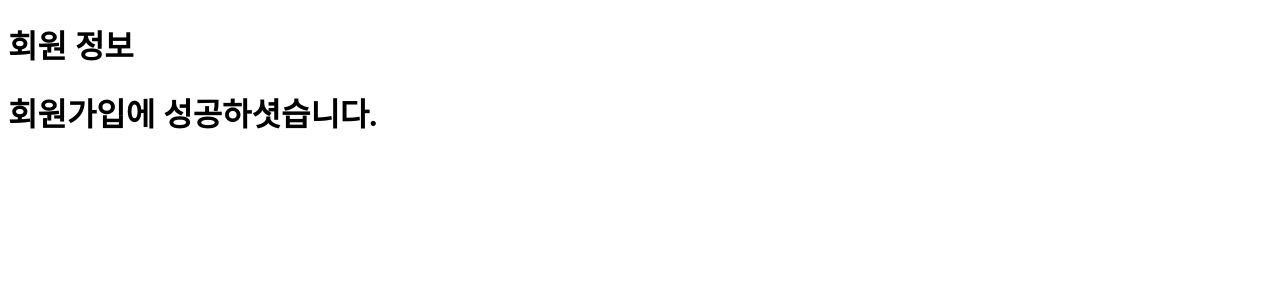
Repository: jjb5442/JSP
Page: http://localhost/06_Java_Bean_tutorial/Register_Result.jsp
These files come from the project's save history. The page is drawn as it stood at one moment and after the next save; the edit follows.
The browser window is 1280 px wide. The pictures show the whole page.
The page is served by Tomcat 9. Queries for data that is not in the repository find no rows.

Above is the page before, as saved 2022-05-28 02:27:41.

### 8Day/workspace/06_Java_Bean_tutorial/src/main/webapp/Register_Result.jsp
<%@ page language="java" contentType="text/html; charset=UTF-8"
    pageEncoding="UTF-8"%>
<jsp:useBean id="dao" class="Member.DAO" scope="page"></jsp:useBean>
<jsp:useBean id="member" class="Member.DTO" scope="page"></jsp:useBean>
<jsp:setProperty property="*" name="member"/>
<!-- input tab 의 name을 DTO의 맴버변수명과 일치시킨뒤 *를 할경우 자동으로 데이터가 저장된다. -->
<!DOCTYPE html>
<html>
<head>
<meta charset="UTF-8">
<title>Insert title here</title>
</head>
<body>
	<h1>회원 정보</h1>
	<% if(dao.SearchID(member.getId()) == true){ %>
			<h1>이미 존재하는 아이디입니다.</h1>
	<% }else{
			dao.Insert(member);
	%>
			<h1>회원가입에 성공하셧습니다.</h1>
	<% } %>

</body>
</html>

### 8Day/workspace/06_Java_Bean_tutorial/src/main/java/Member/DAO.java
package Member;

import java.sql.Connection;
import java.sql.DriverManager;
import java.sql.PreparedStatement;
import java.sql.ResultSet;
import java.sql.SQLException;

public class DAO {
	private final String TABLE_NAME = "java_bean_member";
	private final String COL_NO = "no";
	private final String COL_NAME = "name";
	private final String COL_ID = "id";
	private final String COL_PASSWORD = "password";
	private final String COL_BIRTHDAY = "birthday";
	private final String COL_ADDRESS = "address";
	private final String COL_EMAIL = "email";

	private final String CREATE_TABLE = "create table " + TABLE_NAME + "(" +
										COL_NO + 		" number primary key, " +
										COL_NAME + 		" varchar2(30) not null, " +
										COL_ID + 		" varchar2(30) unique, " +
										COL_PASSWORD + 	" varchar2(30) not null, " +
										COL_BIRTHDAY + 	" date not null, " +
										COL_ADDRESS + 	" varchar2(30) not null, " +
										COL_EMAIL + 	" varchar2(30) not null)";
	private final String SEQUENCE_NAME = TABLE_NAME + "_seq";
	private final String CREATE_SEQUENCE = "create sequence " + SEQUENCE_NAME;
	private final String USE_SEQUENCE = SEQUENCE_NAME + ".nextval";

	private Connection con = null;
	private final String URL = "jdbc:oracle:thin:@localhost:1521:xe";
	private final String USER = "c##jsp05";
	private final String PASSWORD = "jsp";

	public DAO() throws ClassNotFoundException,SQLException {
		Class.forName("oracle.jdbc.driver.OracleDriver");
		con = DriverManager.getConnection(URL,USER,PASSWORD);
		CreateTable();
		CreateSequence();
	}

	private void CreateTable() throws SQLException {
		if(CheckTable() == true)
			return;
		PreparedStatement ps = null;
		ps = con.prepareStatement(CREATE_TABLE);
		int result = ps.executeUpdate();
		System.out.println("Create Table : " + TABLE_NAME);
		if(ps != null)ps.close();
	}

	private boolean CheckTable() throws SQLException {
		PreparedStatement ps = null;
		ResultSet rs = null;
		ps = con.prepareStatement("select tname from tab");
		rs = ps.executeQuery();
		boolean Check = false;
		while(rs.next()) {
			if(rs.getString("tname").equals(TABLE_NAME.toUpperCase())) {
				System.out.println("Find Table : " + TABLE_NAME);
				Check = true;
				break;
			}
		}
		if(rs != null)rs.close();
		if(ps != null)ps.close();
		return Check;
	}

	private void CreateSequence() throws SQLException{
		if(CheckSequence() == true)
			return;
		PreparedStatement ps = null;
		ps = con.prepareStatement(CREATE_SEQUENCE);
		int result = ps.executeUpdate();
		System.out.println("Create Sequence : " + SEQUENCE_NAME);
		if(ps != null)ps.close();
	}

	private boolean CheckSequence() throws SQLException {
		PreparedStatement ps = null;
		ResultSet rs = null;
		ps = con.prepareStatement("select sequence_name from user_sequences");
		rs = ps.executeQuery();
		boolean Check = false;
		while(rs.next()) {
			if(rs.getString("sequence_name").equals(SEQUENCE_NAME.toUpperCase())) {
				Check = true;
				System.out.println("Find Sequence : " + SEQUENCE_NAME);
				break;
			}
		}
		if(rs != null)rs.close();
		if(ps != null)ps.close();
		return Check;
	}
	public boolean SearchID(String ID) throws SQLException {
		PreparedStatement ps = null;
		ResultSet rs = null;
		ps = con.prepareStatement("select id from " + TABLE_NAME + " where id = ?");
		ps.setString(1, ID);
		rs = ps.executeQuery();
		boolean Check = false;
		if(rs.next())
			Check = true;
		if(rs != null)rs.close();
		if(ps != null)ps.close();
		return Check;
	}

	public void Insert(Member.DTO member) throws SQLException {
		PreparedStatement ps = null;
		ps = con.prepareStatement("insert into " + TABLE_NAME + " values(" +
									USE_SEQUENCE + ",?,?,?,?,?,?)");
		ps.setString(1,member.getName());
		ps.setString(2,member.getId());
		ps.setString(3,member.getPassword());
		ps.setString(4,member.getBirthday());
		ps.setString(5,member.getAddress());
		ps.setString(6,member.getEmail());
		int result = ps.executeUpdate();
		System.out.println("Create Member ID : " + member.getId());
		if(ps != null)ps.close();
	}
}

### 8Day/workspace/06_Java_Bean_tutorial/src/main/java/Member/DTO.java
package Member;

import java.sql.Date;
public class DTO {
	private int 	no;
	private String 	id;
	private String 	password;
	private String 	name;
	private String 	birthday;
	private String 	address;
	private String 	email;

	public DTO() {
		// TODO Auto-generated constructor stub
	}

	public DTO(int no, String id, String password, String name,
			String birthday, String address, String email) {
		super();
		this.no = no;
		this.id = id;
		this.password = password;
		this.name = name;
		this.birthday = birthday;
		this.address = address;
		this.email = email;
	}

	public int getNo() {
		return no;
	}

	public void setNo(int no) {
		this.no = no;
	}

	public String getId() {
		return id;
	}

	public void setId(String id) {
		this.id = id;
	}

	public String getPassword() {
		return password;
	}

	public void setPassword(String password) {
		this.password = password;
	}

	public String getName() {
		return name;
	}

	public void setName(String name) {
		this.name = name;
	}

	public String getBirthday() {
		return birthday;
	}

	public void setBirthday(String birthday) {
		this.birthday = birthday;
	}

	public String getAddress() {
		return address;
	}

	public void setAddress(String address) {
		this.address = address;
	}

	public String getEmail() {
		return email;
	}

	public void setEmail(String email) {
		this.email = email;
	}





}

After the next save:
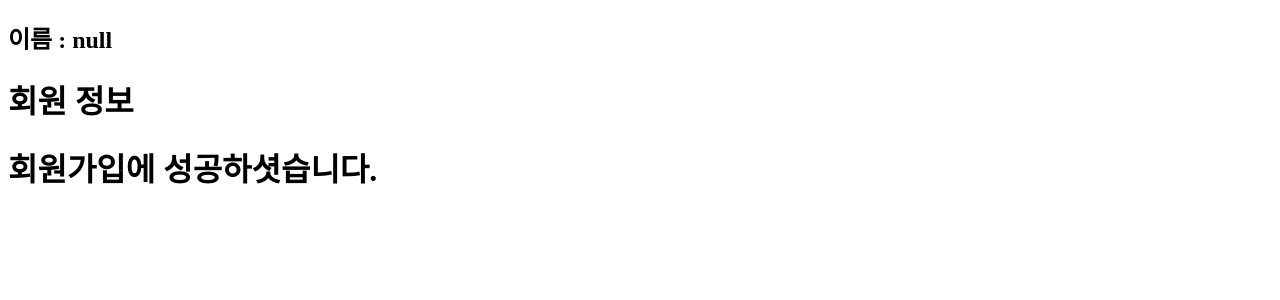
Saved 2 min 59 s later.
--- a/8Day/workspace/06_Java_Bean_tutorial/src/main/webapp/Register_Result.jsp
+++ b/8Day/workspace/06_Java_Bean_tutorial/src/main/webapp/Register_Result.jsp
@@ -11,6 +11,7 @@
 <title>Insert title here</title>
 </head>
 <body>
+	<h2>이름 : <%= member.getName() %></h2>
 	<h1>회원 정보</h1>
 	<% if(dao.SearchID(member.getId()) == true){ %>
 			<h1>이미 존재하는 아이디입니다.</h1>
